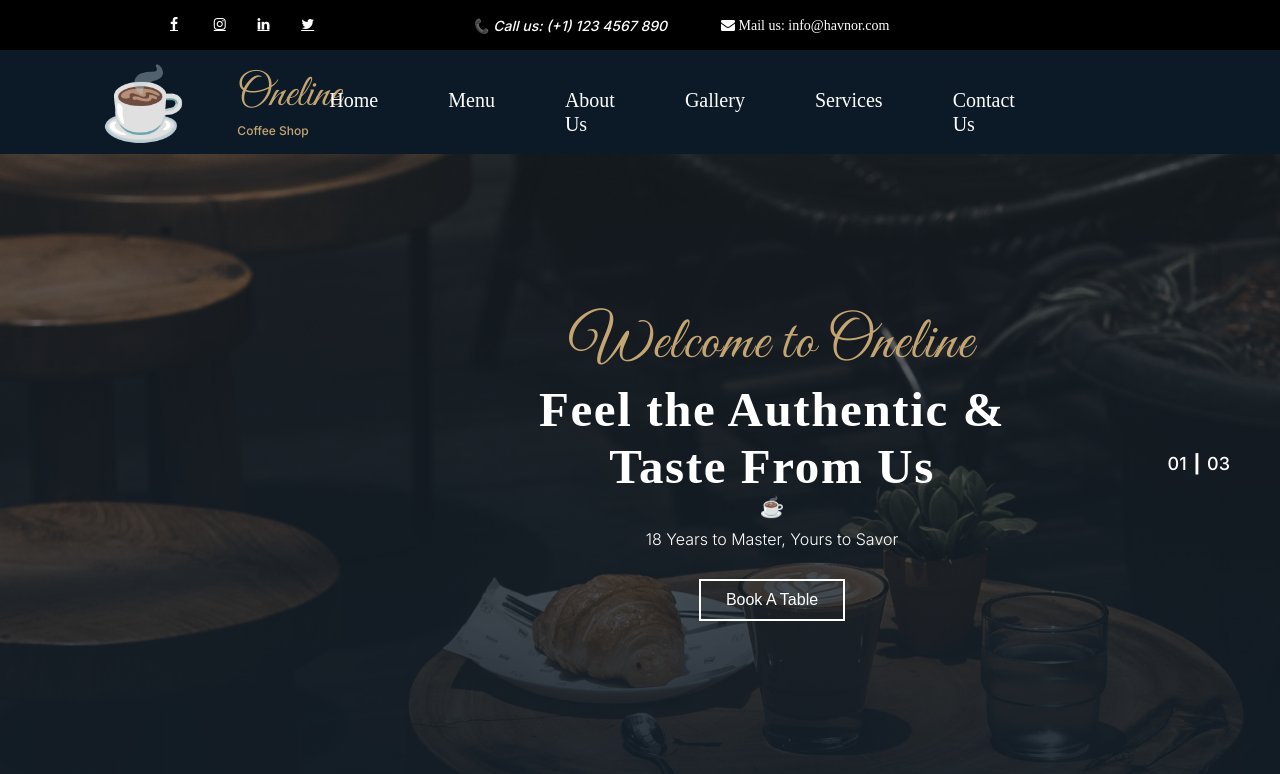
Repository: abhayzulasana/Online-Coffee-Shop
Page: index.html
The author's editor kept a copy of each file at every save. The page is drawn from the files as they stood at one save, then again after the next save.
The browser window is 1280 px wide. The pictures show the whole page.

Above is the page before, as saved 2025-05-13 20:11:03.

After the next save:
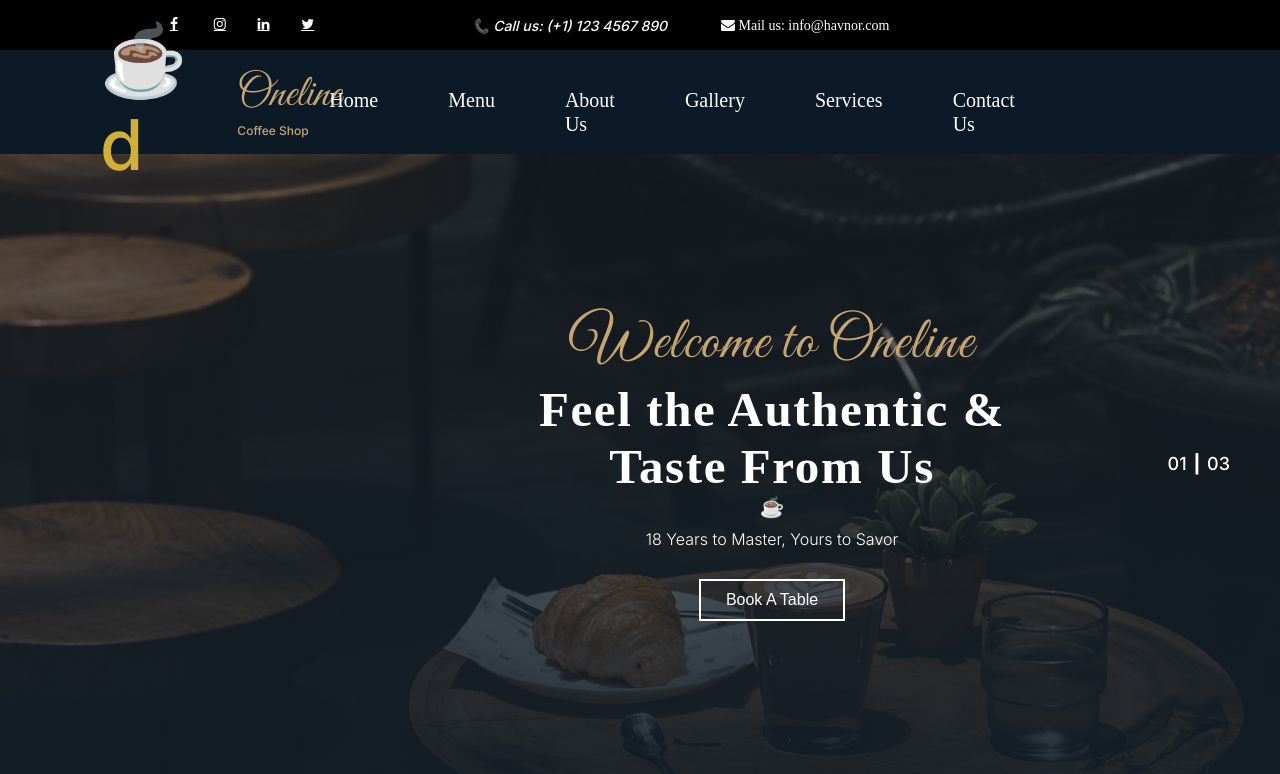
Saved 8 s later.
--- a/index.html
+++ b/index.html
@@ -35,7 +35,7 @@
 
   <nav class="navbar">
     <div class="logo">
-      <span class="logu">☕</span>
+      <span class="logu">☕d</span>
       <span class="logo-text">Oneline <small>Coffee Shop</small></span>
     </div>
     <ul class="nav-links">
